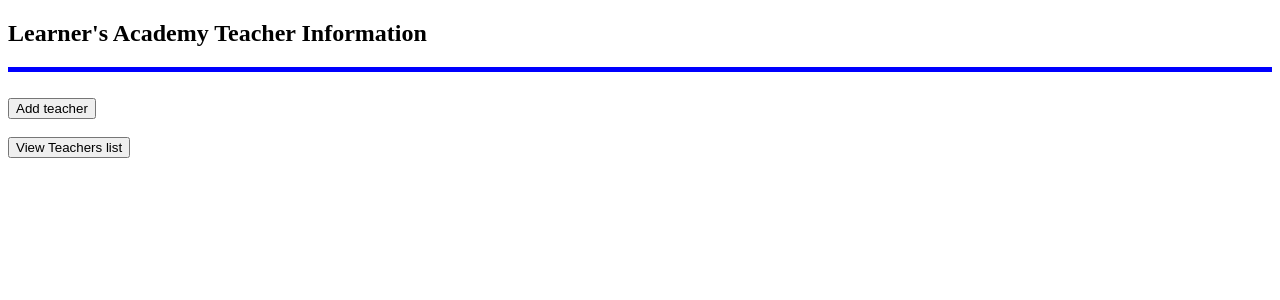
Repository: anithagnana123/Simplilearn_Phase2_project
Page: phase2-project/src/main/webapp/teacher.html
An editor plug-in stored every save of this project. The page is shown before and after the next save, followed by the edit.
The browser window is 1280 px wide. The pictures show the whole page.

Above is the page before, as saved 2022-10-20 08:39:39.

### phase2-project/src/main/webapp/teacher.html
<!DOCTYPE html>
<html>
<head>
<meta charset="ISO-8859-1">
<title>learners-academy-teacher-info</title>
</head>
<body>
<h2>Learner's Academy Teacher Information</h2>
<hr color="blue" size ="5"/>

<form method="get" action="/phase2-project/addteacher">
    <br> <input type='submit' value='Add teacher'/>
</form>

<form method="get" action="/phase2-project/viewteacher.jsp">
    <br> <input type='submit' value='View Teachers list'/>
    <br> <input type='hidden' name='operation' value='viewteacher'/>
</form>

</body>
</html>

After the next save:
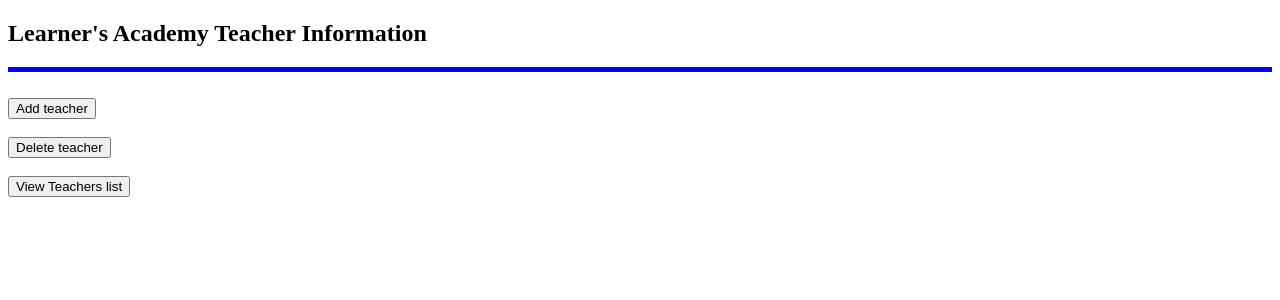
Saved 6 min 9 s later.
--- a/phase2-project/src/main/webapp/teacher.html
+++ b/phase2-project/src/main/webapp/teacher.html
@@ -12,6 +12,10 @@
     <br> <input type='submit' value='Add teacher'/>
 </form>
 
+<form method="get" action="/phase2-project/deleteteacher">
+    <br> <input type='submit' value='Delete teacher'/>
+</form>
+
 <form method="get" action="/phase2-project/viewteacher.jsp">
     <br> <input type='submit' value='View Teachers list'/>
     <br> <input type='hidden' name='operation' value='viewteacher'/>
